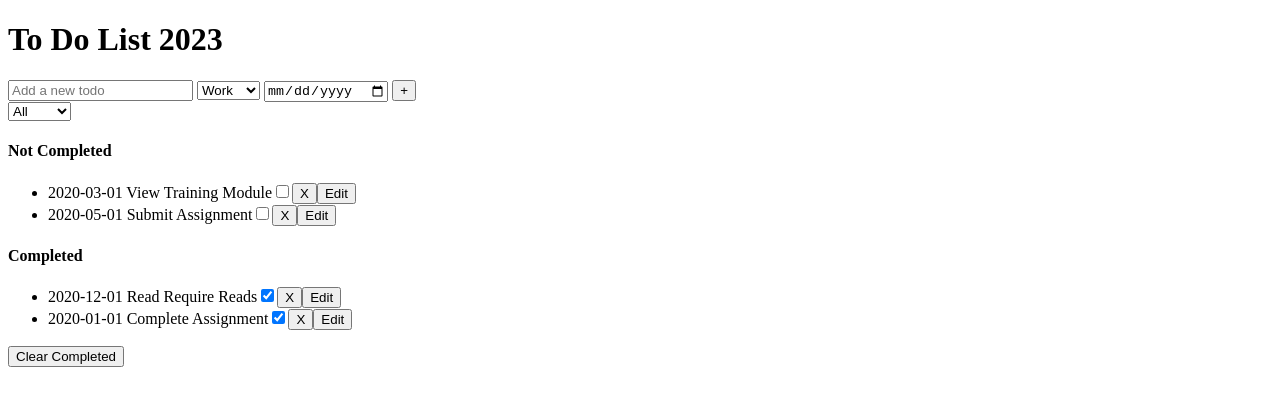
Repository: Kayla-amr/dgm3760
Page: index.html
These files come from the project's save history. The page is drawn as it stood at one moment and after a run of saves; the edit follows.
The browser window is 1280 px wide. The pictures show the whole page.

Above is the page before, as saved 2023-11-06 06:17:54.

### index.html
<!DOCTYPE html>
<html lang="en">
<head>
    <meta charset="UTF-8">
    <meta name="viewport" content="width=device-width, initial-scale=1.0">
    <title>ToDo App 2023</title>
</head>
<body>
    <div class="app">
        <h1></h1>

        <div class="input">
            <input class="userInput" type="text" placeholder="Add a new todo">
            <select class="categorySelected">
                <option value="Work">Work</option>
                <option value="Home">Home</option>
                <option value="School">School</option>
            </select>
            <input class="dateInput" type="date" placeholder="Date">

            <button class="addInput">+</button>
        </div>

        <div>
            <select name="categorySelected" class="categorySelected" onchange="categoryView(this.value)">
                <option value="All">All</option>
                <option value="Home">Home</option>
                <option value="Work">Work</option>
                <option value="School">School</option>
            </select>

        </div>
        <div class="todos">
            <h4>Not Completed</h4>
            <ul class="list"></ul>
            <h4>Completed</h4>
            <ul class="completed"></ul>
        </div>

        <div>
            <p class="count"></p>
        </div>

        <div class="btns">
            <button class="clear">Clear Completed</button>
        </div>



    </div>

</body>
<script src="main.js"></script>
</html>

### main.js
let todo = [
    {
    id: 0,
    name: 'View Training Module',
    category: 'Home',
    date: '2020-03-01',
    status: false

},
{
    id: 1,
    name: 'Read Require Reads',
    category: 'Work',
    date: '2020-12-01',
    status: true
},
{
    id: 2,
    name: 'Complete Assignment',
    category: 'Work',
    date: '2020-01-01',
    status: true
},
{
    id: 3,
    name: 'Submit Assignment',
    category: 'School',
    date: '2020-05-01',
    status: false
},
];

document.querySelector('.app > h1').innerText = 'To Do List 2023';

let list = document.querySelector('.list');
let completed = document.querySelector('.completed');


/*CREATING ELEMENTS*/


//CREATE LIST ITEM FUNCTION
function createListItem(todoItem) {
    let li = document.createElement('li'); //CREATE LIST ITEM
    li.setAttribute('id', todoItem.id);    //SET LIST ITEM ID
    li.innerText = todoItem.date + ' ' + todoItem.name; //SET LIST ITEM TEXT
    return li;
}

//CREATE DELETE BUTTON FUNCTION
function createDeleteButton(li) {
    let deleteBtn = document.createElement('button');//CREATE DELETE BUTTON
    deleteBtn.setAttribute('id', 'delete');          //SET DELETE BUTTON ID
    deleteBtn.innerText = 'X';                       //SET DELETE BUTTON TEXT
    deleteBtn.addEventListener('click', () =>{  //ADD EVENT LISTENER TO DELETE BUTTON
        deleteTask(li);
    });
    return deleteBtn;
}

//CREATE STATUS INPUT FUNCTION
function createStatusInput(todoItem) {
    let status = document.createElement('input');  //CREATE STATUS INPUT
    status.setAttribute('type', 'checkbox');       //SET STATUS INPUT TYPE
    status.setAttribute('id', 'status');           //SET STATUS INPUT ID
    status.setAttribute('value', todoItem.status); //SET STATUS INPUT VALUE
    status.checked = todoItem.status;              //SET STATUS INPUT CHECKED
    status.addEventListener('click', () =>{
        toggleStatus(status, todoItem);            //CALLS TOGGLE STATUS FUNCTION
    });
    return status;
}

// CREATE EDIT BUTTON FUNCTION
function createEditButton(li, todoItem) {
    let editBtn = document.createElement('button'); //CREATE EDIT BUTTON
    editBtn.setAttribute('id', 'edit');             //SET EDIT BUTTON ID
    editBtn.innerText = 'Edit';                     //SET EDIT BUTTON TEXT
    editBtn.addEventListener('click', () =>{
        enableEditing(li, todoItem);                //CALLS ENABLE EDITING FUNCTION
    });
    return editBtn;
}

//CREATE SAVE BUTTON FUNCTION
function createSaveButton(li, todoItem) {
    let saveBtn = document.createElement('button'); //CREATE SAVE BUTTON
    saveBtn.setAttribute('id', 'save');             //SET SAVE BUTTON ID
    saveBtn.innerText = 'Save';                     //SET SAVE BUTTON TEXT
    saveBtn.addEventListener('click', () =>{
        saveTask(li, todoItem);                     //CALLS SAVE TASK FUNCTION
    });
    return saveBtn;
}

//ADD TODO ITEM FUNCTION
function addTask(){
    let dateInput = document.querySelector('.dateInput').value; //GETS DATE INPUT
    let userInput = document.querySelector('.userInput').value; //GETS USER INPUT
    let categorySelected = document.querySelector('.categorySelected').value; //GETS CATEGORY SELECTED

    const newItem = {                                          //CREATES NEW TODO ITEM OBJECT
          id: todo.length,
          name: userInput,
          category: categorySelected,
          date: dateInput,
          status: false
     }

     if (userInput === ''){                                     //CHECKS IF USER INPUT IS EMPTY
         alert('Please enter a task');                          //ALERTS USER TO ENTER A TASK
         return false;
     }
     else if (todo.some(todoItem => todoItem.name === userInput)){ //CHECKS IF USER INPUT IS A DUPLICATE
         alert('This task already exists');                        //ALERTS USER TO ENTER A UNIQUE TASK
         return false;
     }
     else{
         todo.push(newItem);                                     //PUSHES NEW TODO ITEM TO TODO LIST
     }

     document.querySelector('.userInput').value = '';           //CLEARS USER INPUT
 }

 addInput = document.querySelector('.addInput');                //GETS ADD BUTTON
 addInput.addEventListener('click', (event) => {
     addTask();                                                 //CALLS ADD TODO ITEM FUNCTION
     taskView(todo);                                            //CALLS VIEW FUNCTION
 })

// DELETE TASK FUNCTION
function deleteTask(li) {
    todo = todo.filter(todoItem => todoItem.id != li.id);  //FILTERS OUT DELETED TASK
    taskView(todo);                                        //RELOADS VIEW
}

//CLEAR COMPLETED ITEMS FUNCTION
let clear = document.querySelector('.clear');                  //GETS CLEAR BUTTON
function clearList(){
    completed.innerText='';                                    //CLEARS COMPLETED LIST
    todo = todo.filter(todoItem => {                     //FILTERS OUT COMPLETED ITEMS
        return todoItem.status == false;
    })

    todo.forEach(todoItem => {                           //LOOPS THROUGH TODO LIST
        todoItem.id = todo.indexOf(todoItem);                  //SETS TODO ITEM ID
    })
}

clear.addEventListener('click', () => {
    clearList();                                               //CALLS CLEAR FUNCTION
    taskView(todo);                                            //CALLS VIEW FUNCTION
})

// TOGGLE STATUS FUNCTION
function toggleStatus(status, todoItem) {
    if(status.checked){
        todoItem.status = true;  //CHANGE STATUS TO TRUE
    } else {
        todoItem.status = false; //CHANGE STATUS TO FALSE
    }
    taskView(todo);              // RELOADS VIEW
}

//EDIT TASK FUNCTION
function enableEditing(li, todoItem) {
    let editInput = document.createElement('input'); //CREATE EDIT INPUT
    let editDate = document.createElement('input');  //CREATE EDIT DATE INPUT
    let editCategory = document.createElement('select'); //CREATE EDIT CATEGORY SELECT
    let saveBtn = createSaveButton(li, todoItem);     //CREATE SAVE BUTTON

    editInput.setAttribute('type', 'text');          //SET EDIT INPUT TYPE
    editInput.setAttribute('id', 'editInput');       //SET EDIT INPUT ID
    editInput.setAttribute('value', todoItem.name);  //SET EDIT INPUT VALUE
    li.innerText = '';                               //CLEAR LIST ITEM TEXT
    li.appendChild(editInput);                       //APPEND EDIT INPUT TO LIST ITEM

    editDate.setAttribute('type', 'date');           //SET EDIT DATE INPUT TYPE
    editDate.setAttribute('id', 'editDate');         //SET EDIT DATE INPUT ID
    editDate.setAttribute('value', todoItem.date);   //SET EDIT DATE INPUT VALUE
    li.appendChild(editDate);                        //APPEND EDIT DATE INPUT TO LIST ITEM

    const categories = ['Home', 'Work', 'School'];
    categories.forEach(category => {
        let option = document.createElement('option');
        option.value = category;
        option.innerText = category;
        editCategory.appendChild(option);
    });


    editCategory.value = todoItem.category;              //SET EDIT CATEGORY SELECT VALUE

    editCategory.setAttribute('id', 'categorySelected'); //SET EDIT CATEGORY SELECT ID
    editCategory.setAttribute('value', todoItem.category); //SET EDIT CATEGORY SELECT VALUE
    li.appendChild(editCategory);                         //APPEND EDIT CATEGORY SELECT TO LIST ITEM



    saveBtn.addEventListener('click', () => {
        saveTask(li, todoItem);                         //CALLS SAVE TASK FUNCTION
    });

    li.appendChild(saveBtn);                            //APPEND SAVE BUTTON TO LIST ITEM
}

// SAVE TASK FUNCTION
function saveTask(li, todoItem) {
    let editInput = document.querySelector('#editInput'); //GETS EDIT INPUT
    let editDate = document.querySelector('#editDate');   //GETS EDIT DATE INPUT
    let editCategory = document.querySelector('#categorySelected'); //GETS EDIT CATEGORY SELECT

    todoItem.date = editDate.value;                        //SETS TODO ITEM DATE TO EDIT DATE INPUT VALUE
    todoItem.name = editInput.value;                       //SETS TODO ITEM NAME TO EDIT INPUT VALUE
    todoItem.category = editCategory.value;                //SETS TODO ITEM CATEGORY TO EDIT CATEGORY SELECT VALUE

    li.innerText = todoItem.date + ' ' + todoItem.name;    //SETS LIST ITEM TEXT TO TODO ITEM DATE AND NAME

    taskView(todo);                                        //RELOADS VIEW
}


// CATEGORY VIEW FUNCTION
function categoryView(categorySelected) {
    let filteredList; //LIST OF TASKS TO DISPLAY

    if (categorySelected === 'All') {                      //SHOW ALL TASKS

        filteredList = todo;                              //DISPLAYS ALL TASKS
    } else {

        filteredList = todo.filter(todoItem => {   //SHOW TASKS FOR SELECTED CATEGORY
            return todoItem.category === categorySelected; //FILTERS OUT TASKS THAT DON'T MATCH SELECTED CATEGORY
        });
    }

    taskView(filteredList);
}

//COUNT FUNCTION
function countTasks(todoItem) {
    let count = 0;
    todoItem.forEach(todoItem => {
        if(todoItem.status === false) {
            count++;
        }
    });



}

//TASK VIEW FUNCTION
function taskView(todo){
    list.innerText = '';
    completed.innerText='';

    todo.forEach(todoItem =>{
        let li = createListItem(todoItem);             //CREATES LIST ITEM
        let status = createStatusInput(todoItem);      //CREATES STATUS INPUT
        let deleteBtn = createDeleteButton(li);        //CREATES DELETE BUTTON
        let editBtn = createEditButton(li, todoItem);  //CREATES EDIT BUTTON

        li.appendChild(status);
        li.appendChild(deleteBtn);
        li.appendChild(editBtn);

        if(todoItem.status) {
            completed.appendChild(li); //APPENDS COMPLETED TASKS TO COMPLETED LIST
        } else {
            list.appendChild(li);     //APPENDS INCOMPLETE TASKS TO TODO LIST
        }
    });
}

taskView(todo); //CALLS VIEW FUNCTION

After the next 5 saves:
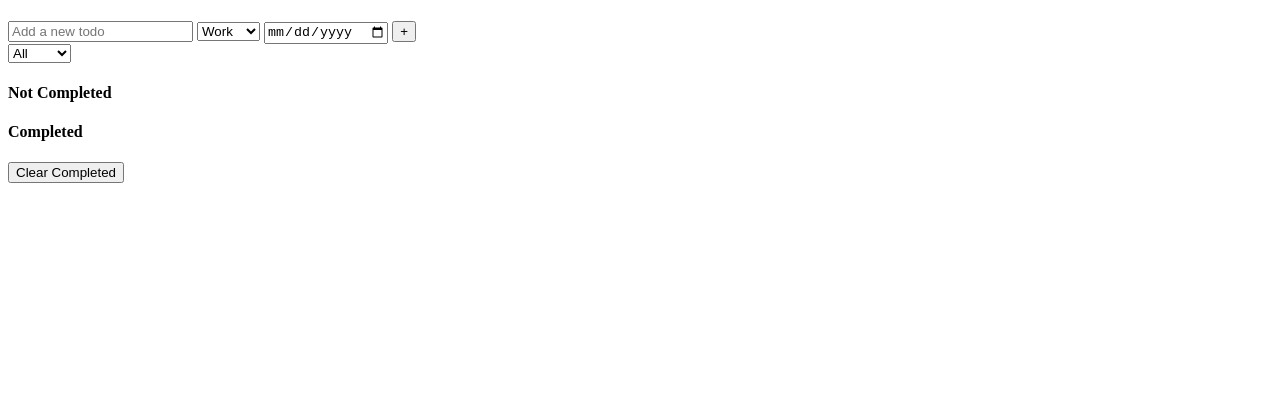
Console error: SyntaxError: Identifier 'count' has already been declared
The 5 saves are shown as one change because they came seconds apart.
The last was saved 27 s later.
--- a/main.js
+++ b/main.js
@@ -240,6 +240,7 @@
 //COUNT FUNCTION
 function countTasks(todoItem) {
     let count = 0;
+    let count
     todoItem.forEach(todoItem => {
         if(todoItem.status === false) {
             count++;

After the 4 saves that followed:
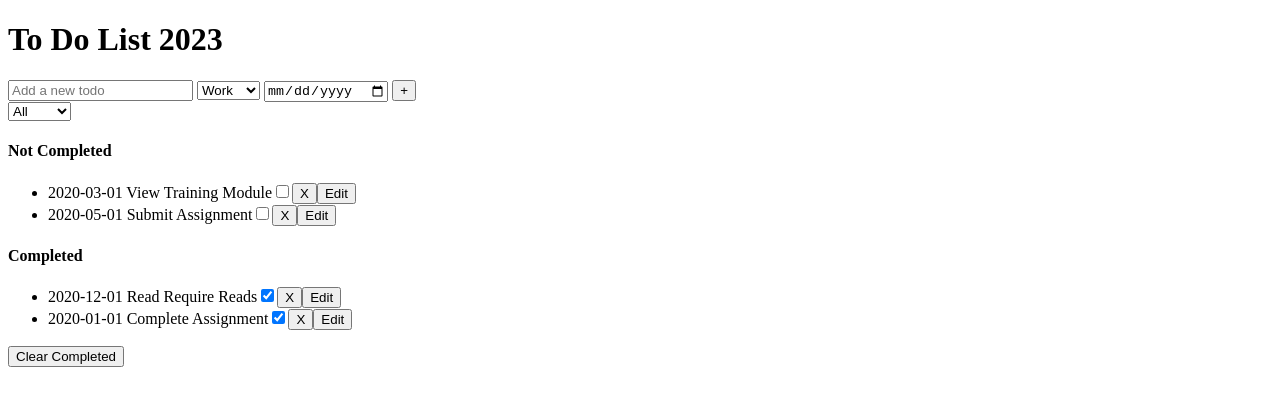
The error is gone.
The 4 saves are shown as one change because they came seconds apart.
The last was saved 11 s later.
--- a/main.js
+++ b/main.js
@@ -240,12 +240,13 @@
 //COUNT FUNCTION
 function countTasks(todoItem) {
     let count = 0;
-    let count
+    let countDisplay = document.querySelector('.count');
     todoItem.forEach(todoItem => {
         if(todoItem.status === false) {
             count++;
         }
     });
+    countDisplay.innerText = count;
 
 
 
